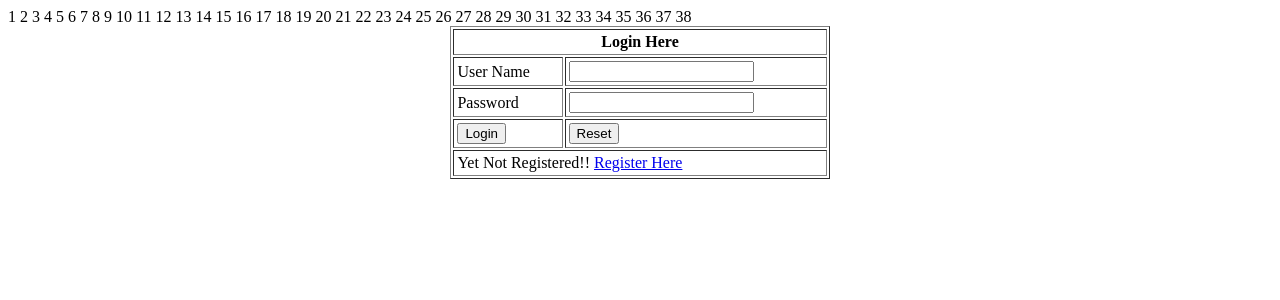
Repository: ameena017/bank-app
Page: http://localhost/banking-app/login.jsp
The author's editor kept a copy of each file at every save. The page is drawn from the files as they stood at one save, then again after the next save.
The browser window is 1280 px wide. The pictures show the whole page.
The page is served by Tomcat 9.

Above is the page before, as saved 2017-09-15 07:02:23.

After the next save:
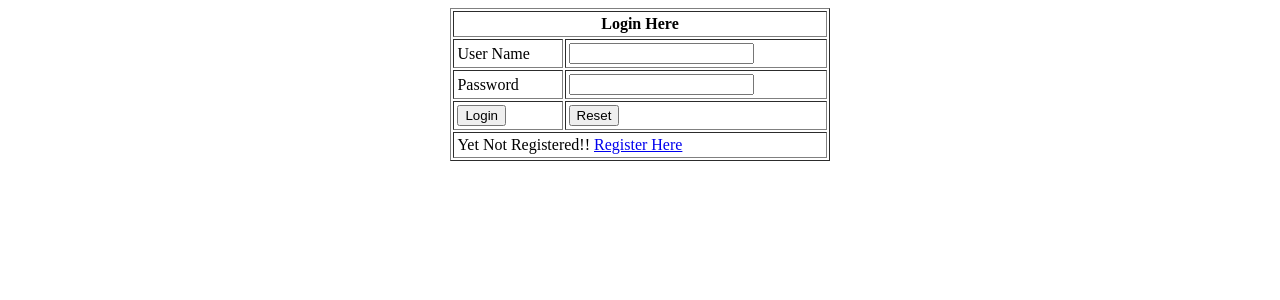
Saved 23 s later.
--- a/banking-app/WebContent/login.jsp
+++ b/banking-app/WebContent/login.jsp
@@ -1,41 +1,4 @@
-1
-2
-3
-4
-5
-6
-7
-8
-9
-10
-11
-12
-13
-14
-15
-16
-17
-18
-19
-20
-21
-22
-23
-24
-25
-26
-27
-28
-29
-30
-31
-32
-33
-34
-35
-36
-37
-38
+
 <%@page contentType="text/html" pageEncoding="UTF-8"%>
 <!DOCTYPE html>
 <html>
